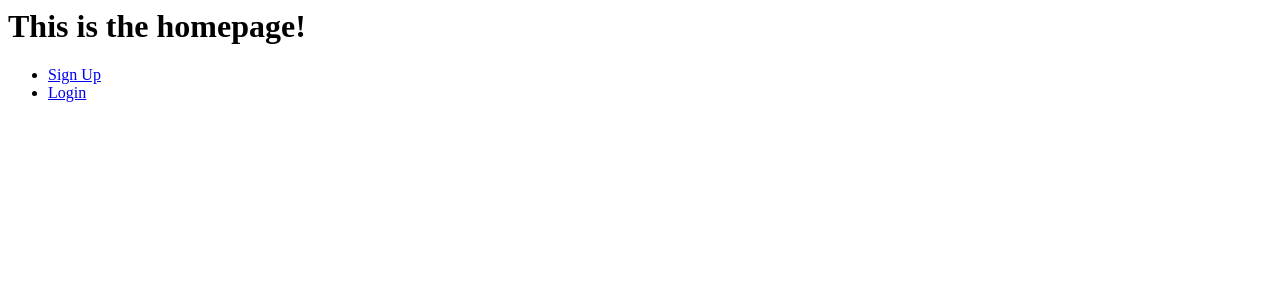
Repository: Puritanic/node_projects
Page: http://localhost/
The author's editor kept a record of every edit. The page is drawn from the files as they stood at one moment, then again after the next edit.
The browser window is 1280 px wide. The pictures show the whole page.
The page is served by the project's Node server (Authentication/AuthDemo/app.js). Other server files are loaded and not shown.

Above is the page before.

### Authentication/AuthDemo/views/home.ejs

<h1>This is the homepage!</h1>

<ul>
    <li><a href="/register">Sign Up</a></li>
    <li><a href="/login">Login</a></li>
</ul>

### Authentication/AuthDemo/app.js
var express             = require('express'),
app                     = express(),
User                    = require('./models/user'),
mongoose                = require('mongoose'),
passport                = require('passport'),
bodyParser              = require('body-parser'),
LocalStrategy           = require('passport-local'),
passportLocalMongoose   = require('passport-local-mongoose');


// app setup    //////////////

app.use(require('express-session')({
    secret: 'This looks complicated',
    resave: false,
    saveUninitialized: false
}));
mongoose.Promise = global.Promise;
mongoose.connect('mongodb://localhost/auth_demo');
app.set('view engine', 'ejs');
app.use(passport.initialize());
app.use(passport.session());
app.use(bodyParser.urlencoded({
    extended: true
}));
passport.use(new LocalStrategy(User.authenticate()));
passport.serializeUser(User.serializeUser());
passport.deserializeUser(User.deserializeUser());


// routes /////////

app.get('/', function(req, res ){
    res.render('home');
});

app.get('/secret', isLogedIn, function(req, res){
    res.render('secret');
});


// Auth routes ////

// show signUp form
app.get('/register', function(req, res) {
    res.render('register');
});
// handle user signUp
app.post('/register', function(req, res){
    User.register(new User({username: req.body.username}), req.body.password, function(err, user){
        if(err){
            console.log(err);
            return res.render('register');
        } else {
            passport.authenticate('local')(req, res, function(){
                res.redirect('/secret');
            });
        }
    });
});

// login routes

// render login form
app.get('/login', function(req, res){
   res.render('login');
});
// handle login process logic
// middleware is a code that runs before callback here
app.post('/login', passport.authenticate('local', {
    successRedirect: '/secret',
    failureRedirect: '/login'
}), function(req, res){

});
// logout route
app.get('/logout', function(req, res){
    req.logout();
    res.redirect('/');
});


function isLogedIn(req, res, next){
    if(req.isAuthenticated()){
        return next();
    }
    res.redirect('/login');
}

app.listen(process.env.PORT, process.env.IP, function() {
    console.log('Server Up and Going!');
});

After the next edit:
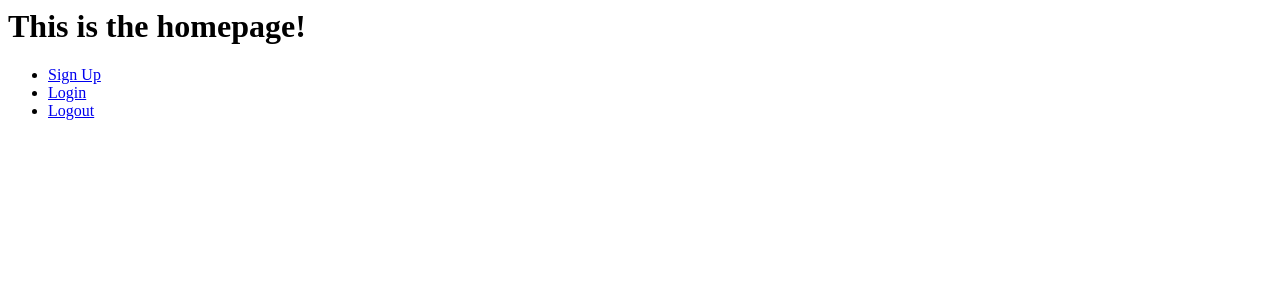
The edit:
--- a/Authentication/AuthDemo/views/home.ejs
+++ b/Authentication/AuthDemo/views/home.ejs
@@ -4,4 +4,5 @@
 <ul>
     <li><a href="/register">Sign Up</a></li>
     <li><a href="/login">Login</a></li>
+    <li><a href="/logout">Logout</a></li>
 </ul>
